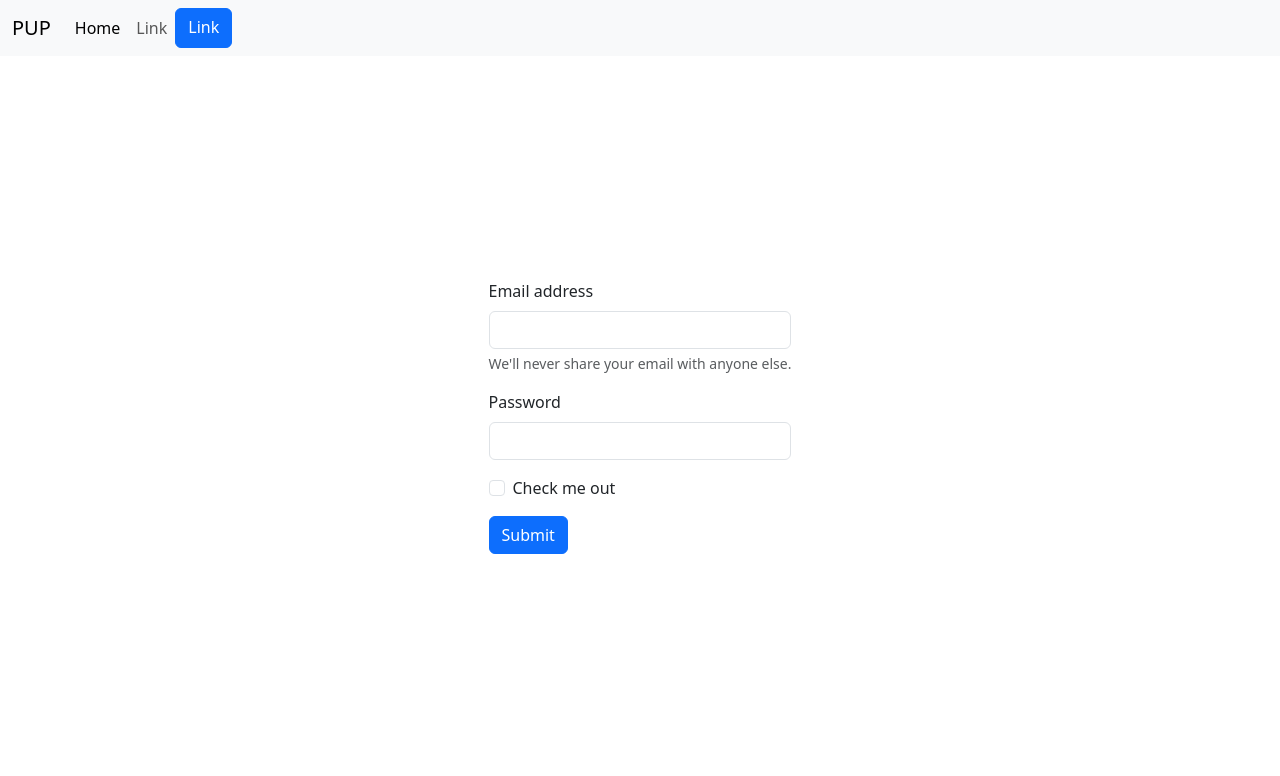
Repository: Nicktacku/webdev
Page: form.html
The author's editor kept a copy of each file at every save. The page is drawn from the files as they stood at one save, then again after the next save.
The browser window is 1280 px wide. The pictures show the whole page.

Above is the page before, as saved 2024-07-15 16:12:17.

After the next save:
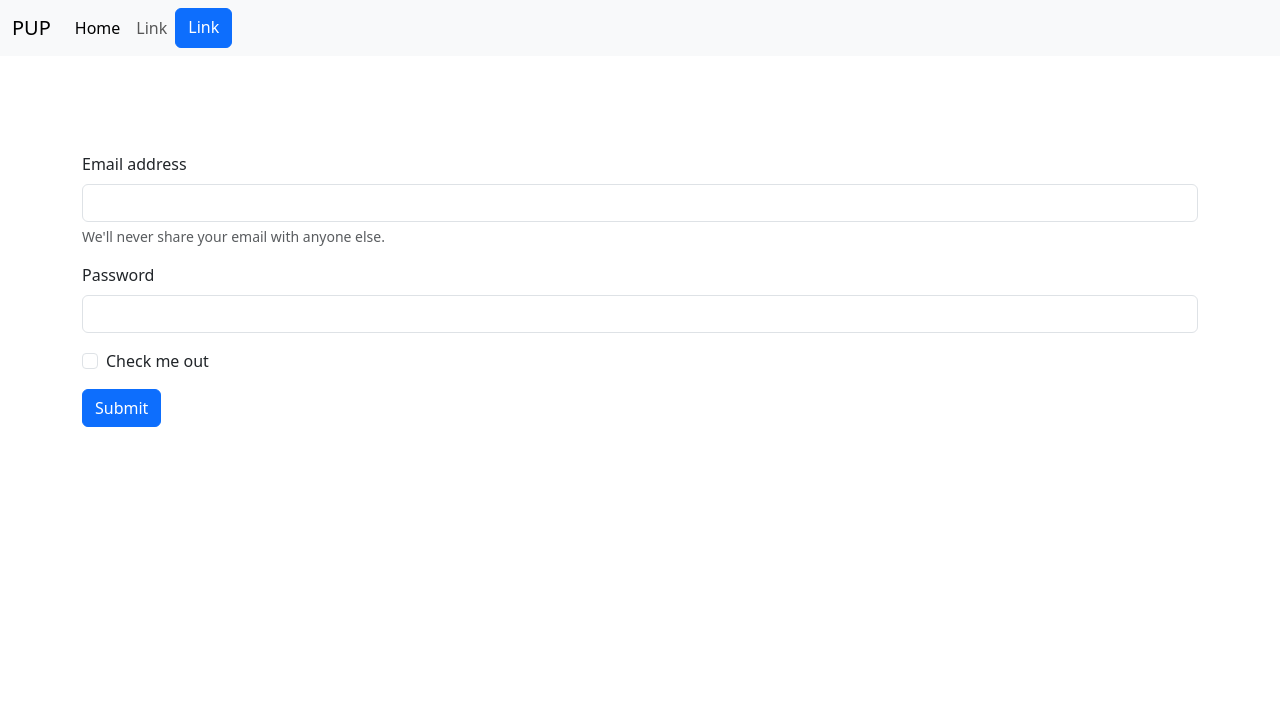
Saved 9 min 24 s later.
--- a/form.html
+++ b/form.html
@@ -40,8 +40,9 @@
           </div>
         </div>
       </nav>
+
     <div
-      class="container min-vh-100 align-items-center d-flex justify-content-center"
+      class="container mt-5 pt-5"
     >
       <form>
         <div class="mb-3">
